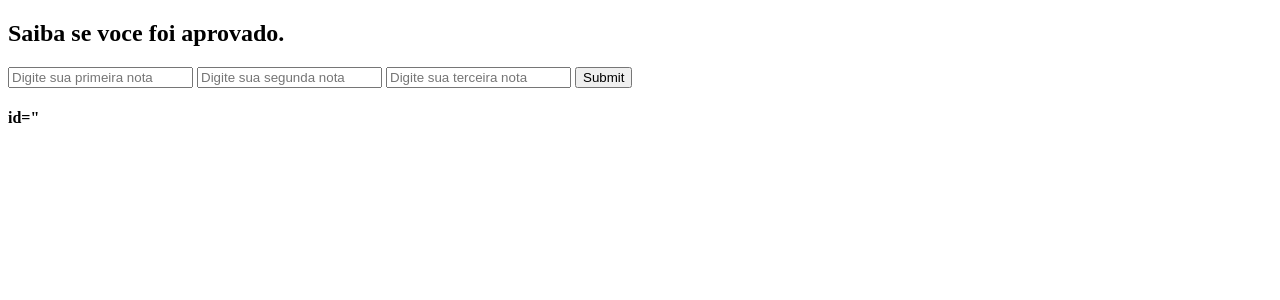
Repository: analessp/logica1
Page: index.html
These files come from the project's save history. The page is drawn as it stood at one moment and after the next save; the edit follows.
The browser window is 1280 px wide. The pictures show the whole page.

Above is the page before, as saved 2025-04-30 08:55:35.
Console error: SyntaxError: Illegal return statement

After the next save:
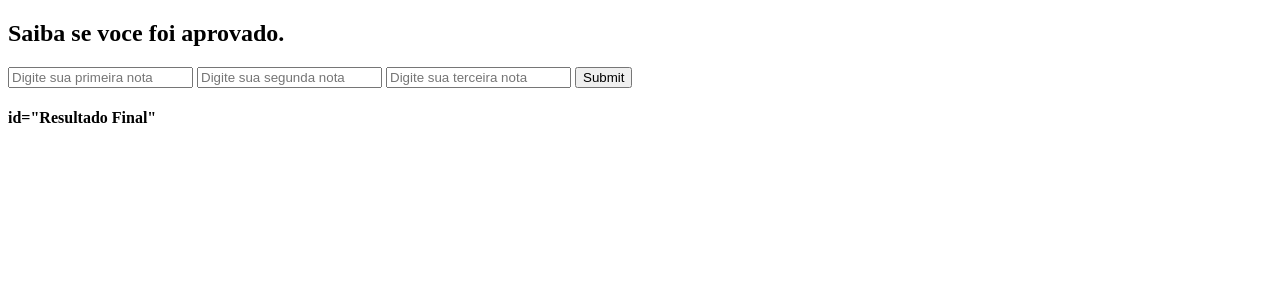
Saved 10 s later.
--- a/index.html
+++ b/index.html
@@ -11,7 +11,7 @@
     <input type="text" id="nota 2" placeholder = "Digite sua segunda nota">
     <input type="text" id="nota 3" placeholder = "Digite sua terceira nota">
     <input type="submit" onclick="classificacao()">
-    <h4> id="</h4>
+    <h4> id="Resultado Final" </h4>
     <script src="app.js"></script>
 </body>
 </html>
